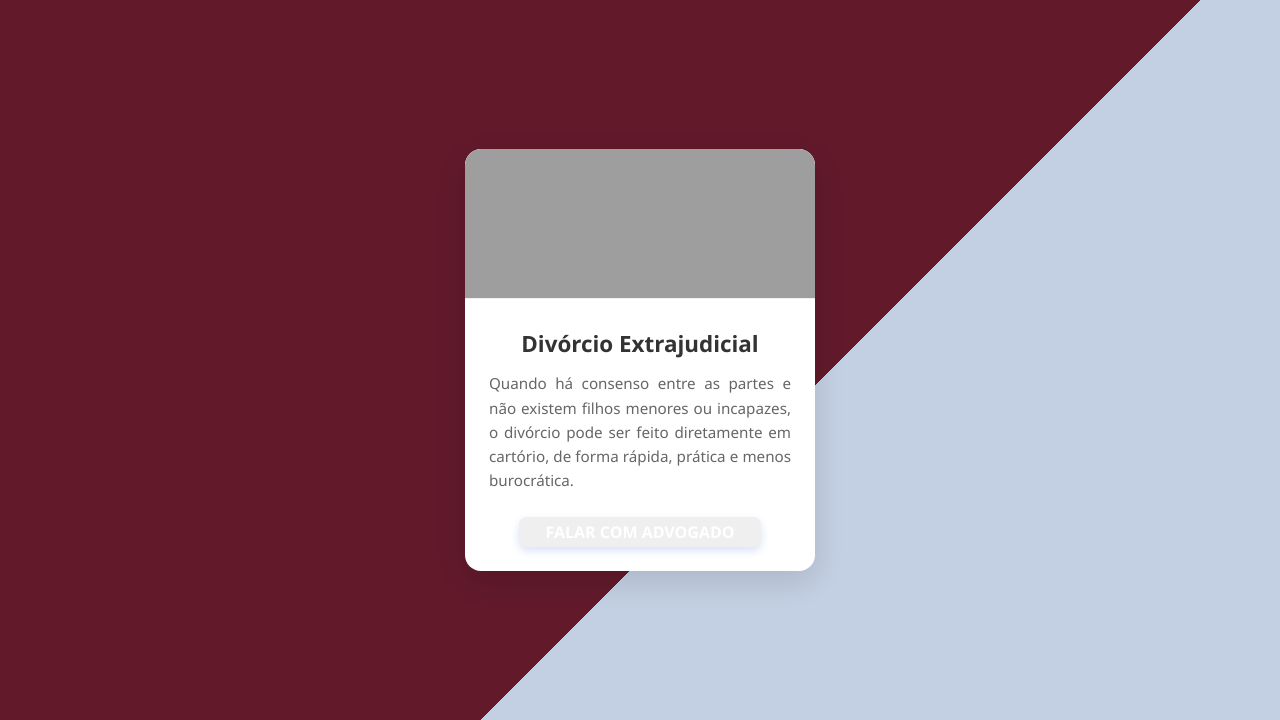
Repository: EmanuelVieiira/landing-page-advocacia
Page: teste.html
These files come from the project's save history. The page is drawn as it stood at one moment and after the next save; the edit follows.
The browser window is 1280 px wide. The pictures show the whole page.
Pictures or frames that could not be fetched are drawn as grey boxes.

Above is the page before, as saved 2026-02-04 22:14:42.

After the next save:
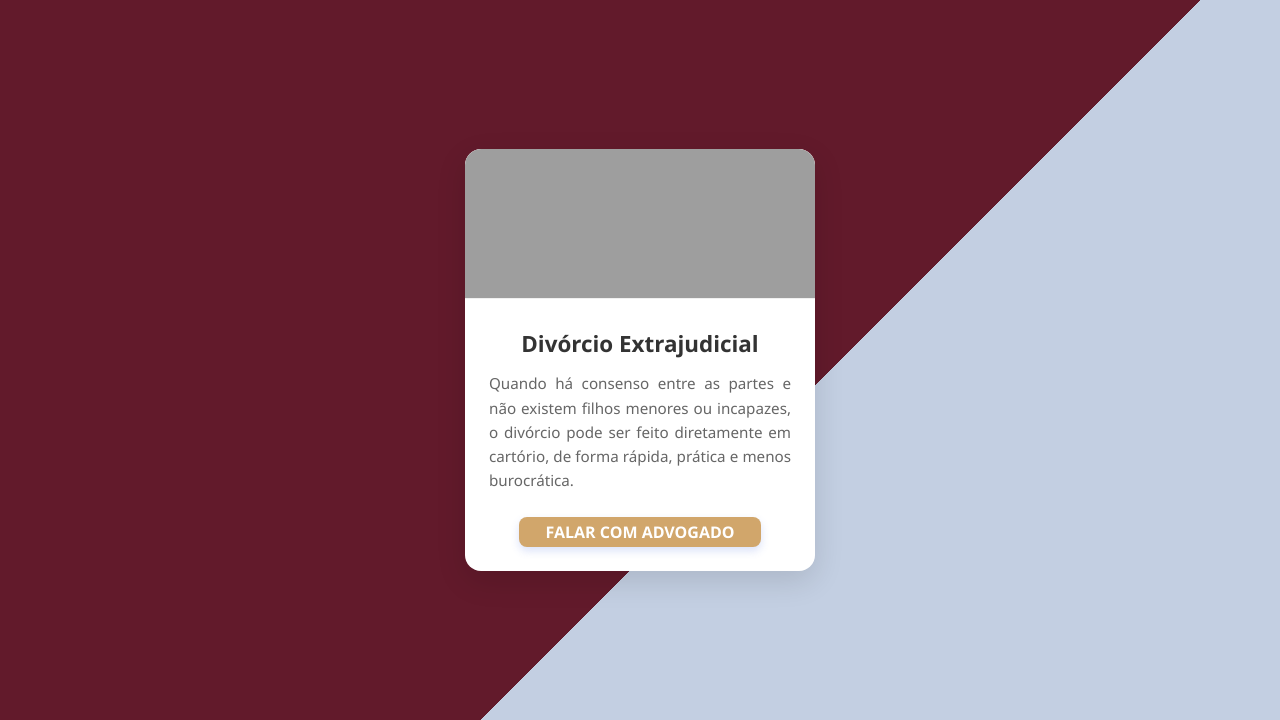
Saved 10 s later.
--- a/teste.html
+++ b/teste.html
@@ -70,7 +70,7 @@
             display: inline-block; /* Alterado de inline-flex para inline-block */
             width: 80%; /* Alterado de 70% para 100% */
             height: 30px; /* Alterado de 20% para valor fixo */
-            background-color: ##d1a66b;
+            background-color: #d1a66b;
             color: white;
             border: none;
             border-radius: 8px; /* Aumentado de 3px para 8px */
